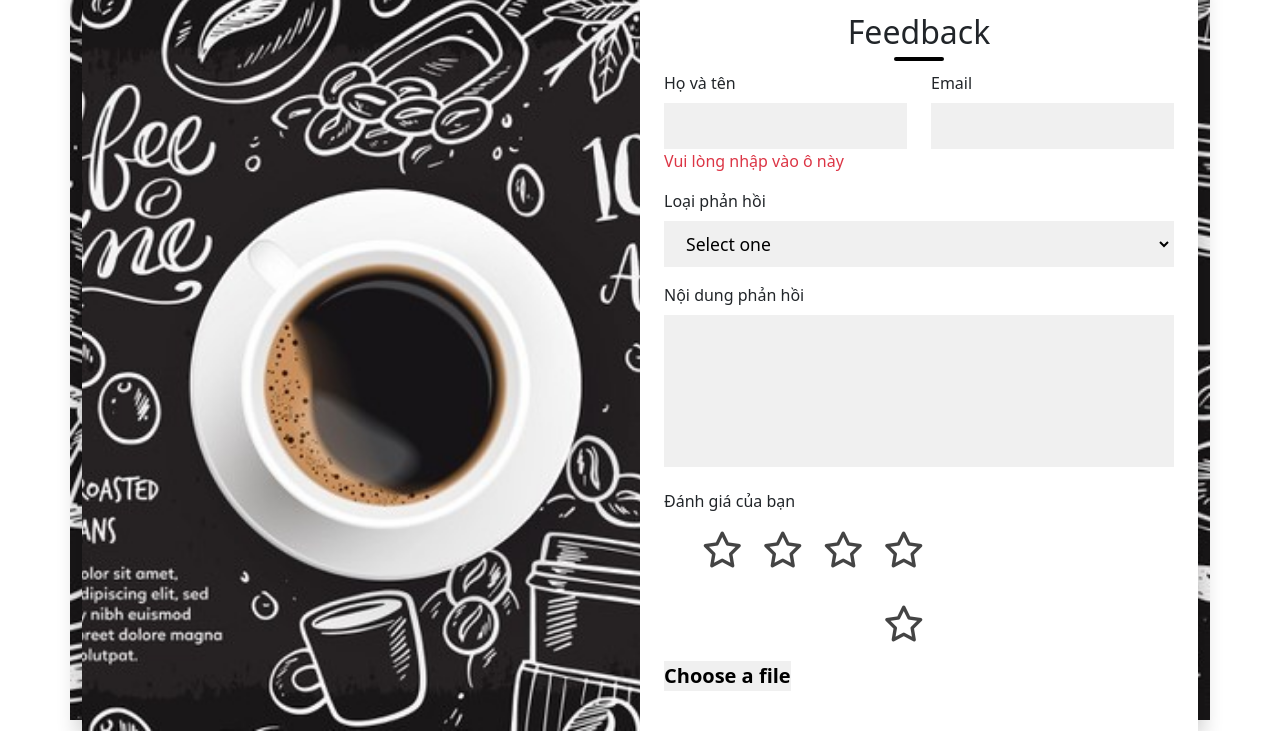
Repository: LeDongGyC/html-css
Page: HTML CSS/prototype/index.html
The author's editor kept a copy of each file at every save. The page is drawn from the files as they stood at one save, then again after the next save.
The browser window is 1280 px wide. The pictures show the whole page.
Some web libraries are served in a nearby version. The style sheet was rebuilt from its Sass, Less or Tailwind sources for each picture, by a compiler version that may differ from the author's.

Above is the page before, as saved 2023-05-24 12:09:29.

After the next save:
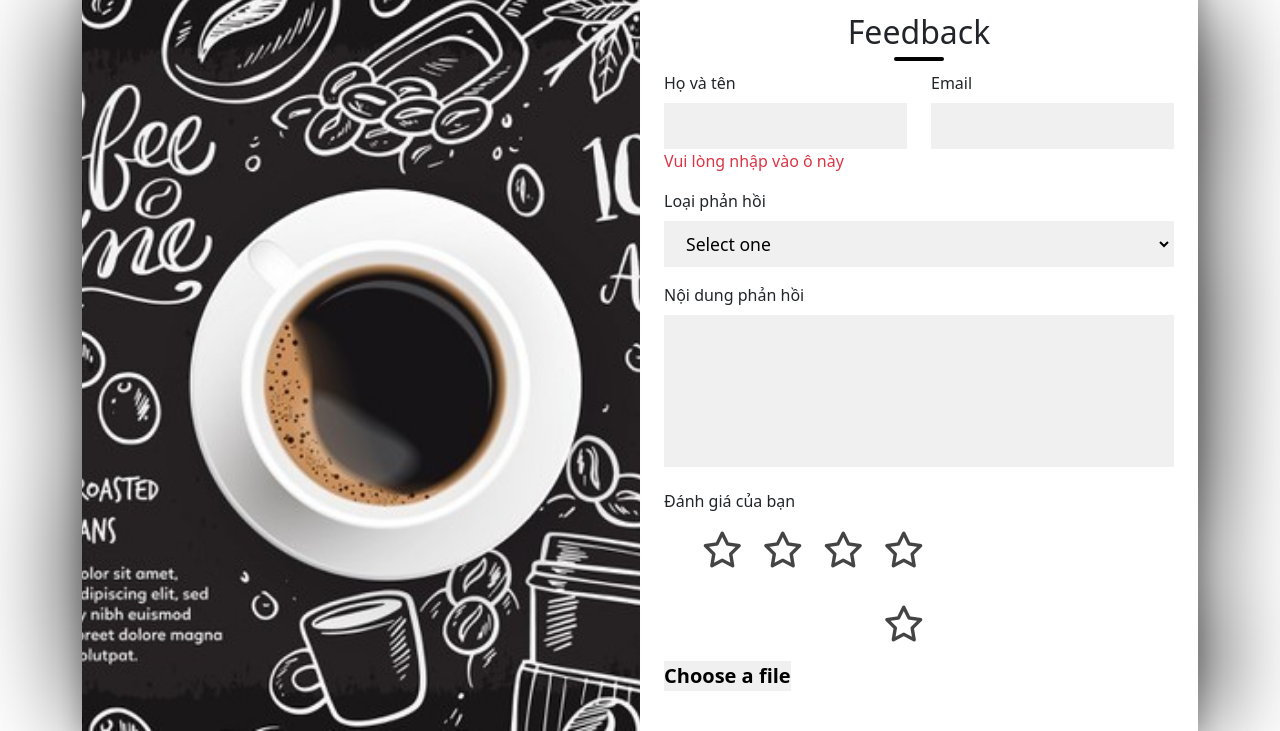
Saved 25 s later.
--- a/HTML CSS/prototype/style.scss
+++ b/HTML CSS/prototype/style.scss
@@ -28,7 +28,7 @@ body {
     top: 0;
     background: url("cafe.jpg") no-repeat center;
     background-size: cover;
-    // filter: blur(50px);
+    filter: blur(50px);
     z-index: -1;
   }
 }
